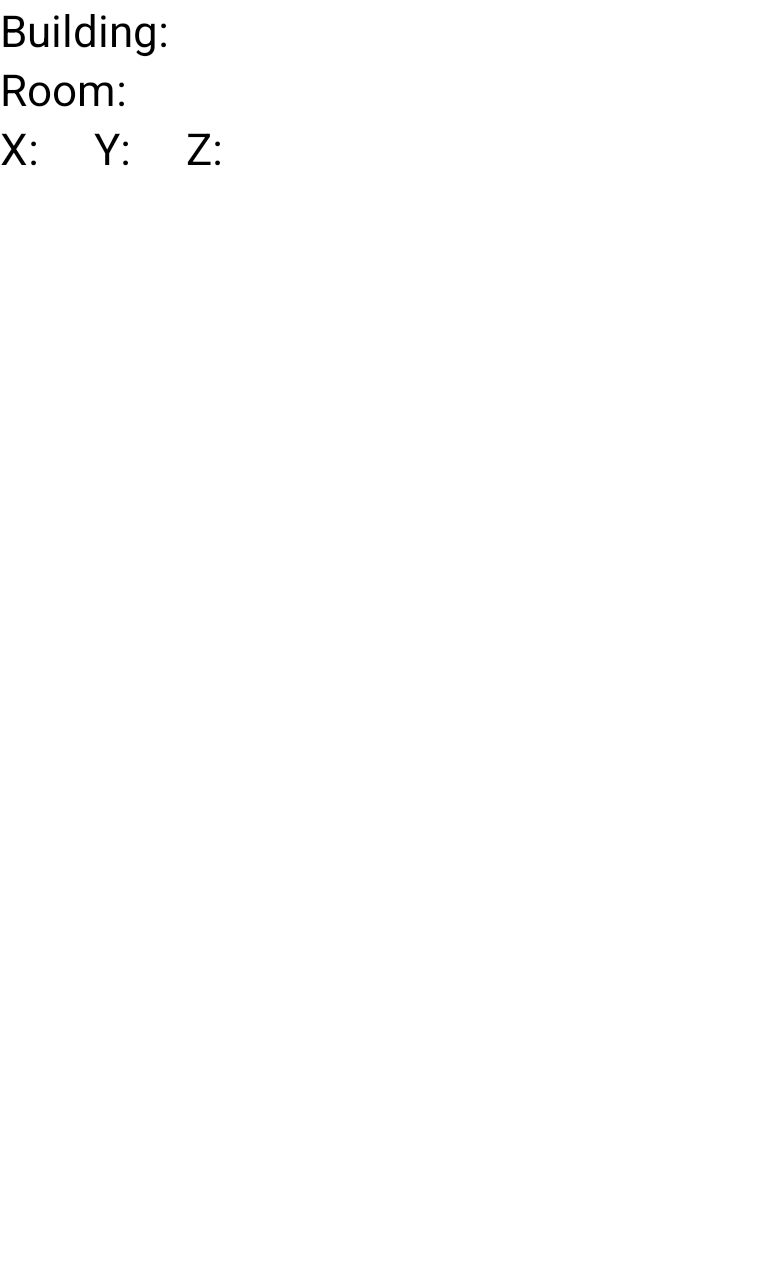
Repository: RenchuSong/tMap_Android
Layout: tmap_model_tool/res/layout/locating.xml
These files come from the project's save history. The layout is drawn as it stood at one moment and after the next save; the edit follows.
It is drawn on a 768 x 1280 px phone screen (xhdpi) without system bars, with theme AppTheme; the app's code is not run.

Above is the layout before, as saved 2014-05-11 22:29:29.

### tmap_model_tool/res/layout/locating.xml
<?xml version="1.0" encoding="utf-8"?>
<LinearLayout xmlns:android="http://schemas.android.com/apk/res/android"
    android:layout_width="match_parent"
    android:layout_height="match_parent"
    android:orientation="vertical" >

    <TextView
        android:id="@+id/building"
        android:layout_width="match_parent"
        android:layout_height="wrap_content"
        android:text="Building:"
        android:textAppearance="?android:attr/textAppearanceLarge" />

    <TextView
        android:id="@+id/room"
        android:layout_width="match_parent"
        android:layout_height="wrap_content"
        android:text="Room:"
        android:textAppearance="?android:attr/textAppearanceLarge" />

    <TextView
        android:id="@+id/location"
        android:layout_width="match_parent"
        android:layout_height="wrap_content"
        android:text="X:     Y:     Z:"
        android:textAppearance="?android:attr/textAppearanceLarge" />

    <RelativeLayout
        android:layout_width="match_parent"
        android:layout_height="match_parent" >
    </RelativeLayout>

</LinearLayout>

Loaded but not shown: tmap_model_tool/res/values/styles.xml (common file); tmap_model_tool/res/values-v11/styles.xml (common file); tmap_model_tool/res/values-v14/styles.xml (common file)

After the next save:
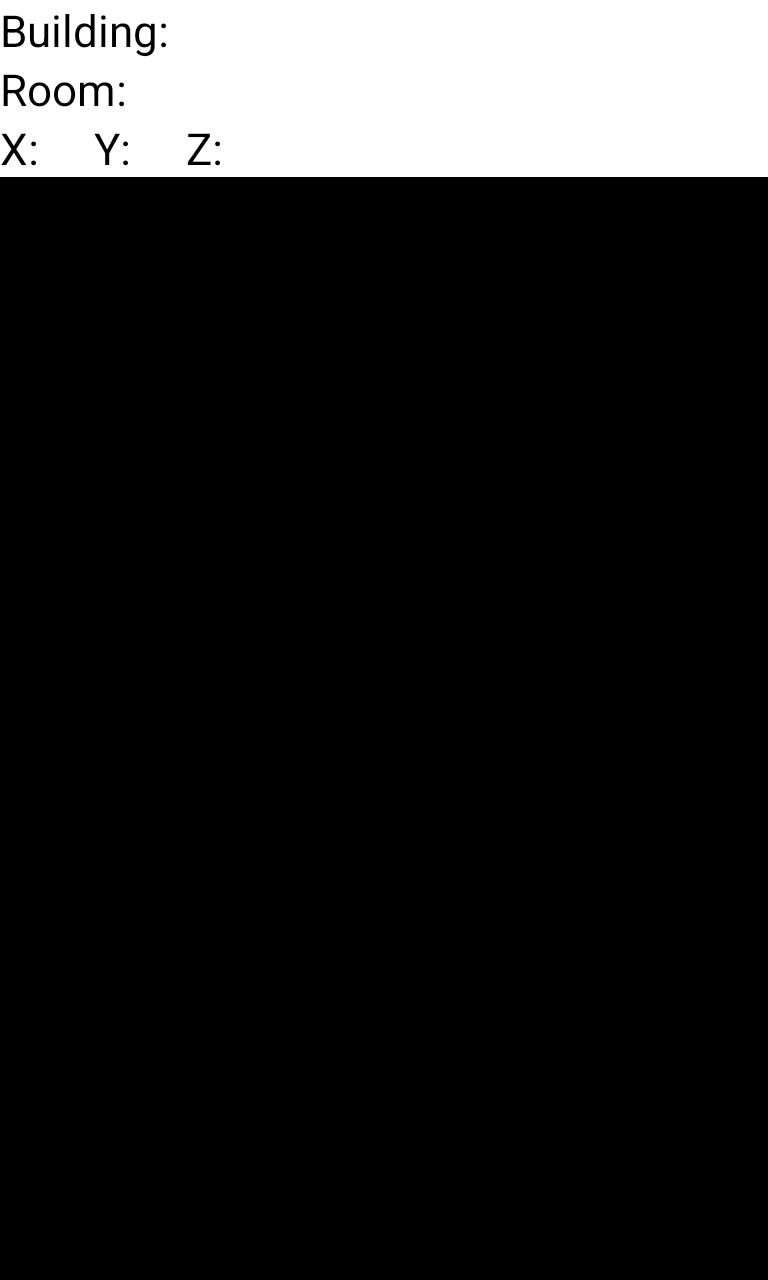
Saved 26 s later.
--- a/tmap_model_tool/res/layout/locating.xml
+++ b/tmap_model_tool/res/layout/locating.xml
@@ -27,7 +27,8 @@
 
     <RelativeLayout
         android:layout_width="match_parent"
-        android:layout_height="match_parent" >
+        android:layout_height="match_parent"
+        android:background="#000000" >
     </RelativeLayout>
 
 </LinearLayout>

After the save that followed:
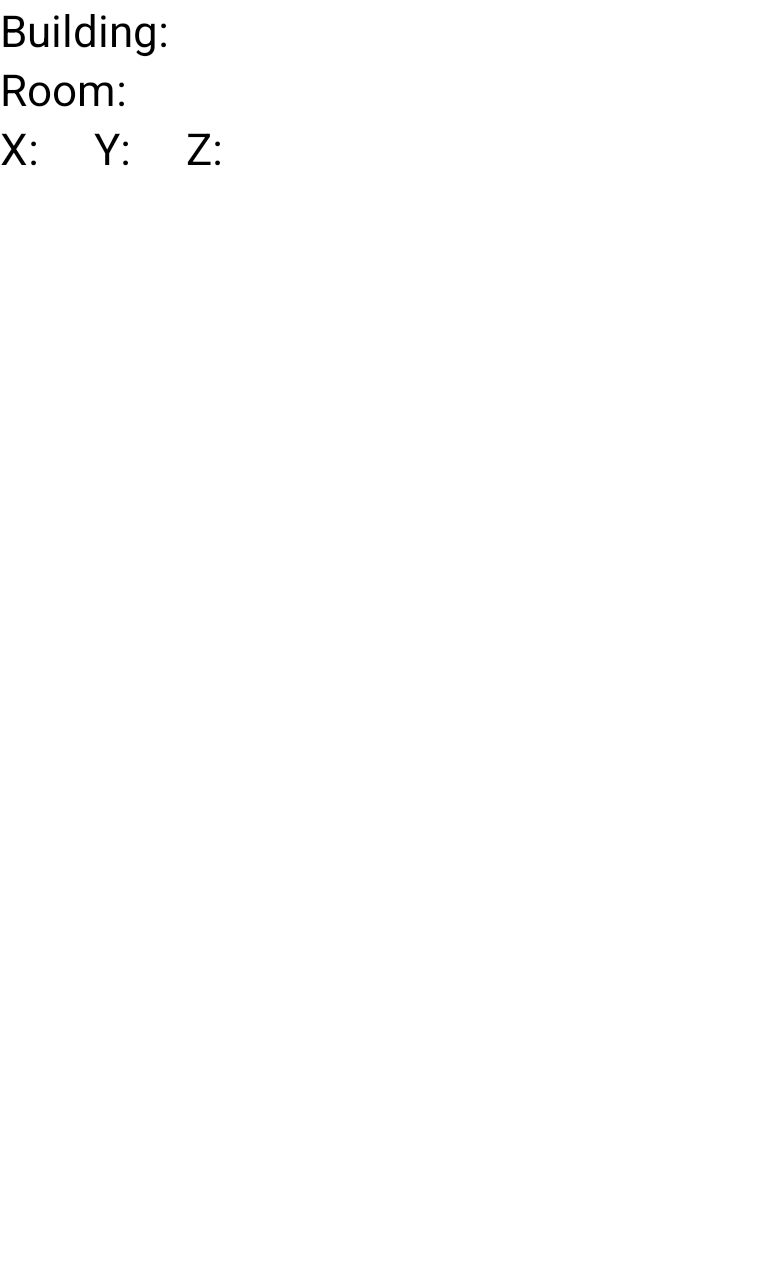
Saved 22 s later.
--- a/tmap_model_tool/res/layout/locating.xml
+++ b/tmap_model_tool/res/layout/locating.xml
@@ -28,7 +28,7 @@
     <RelativeLayout
         android:layout_width="match_parent"
         android:layout_height="match_parent"
-        android:background="#000000" >
+        android:background="yellow" >
     </RelativeLayout>
 
 </LinearLayout>
